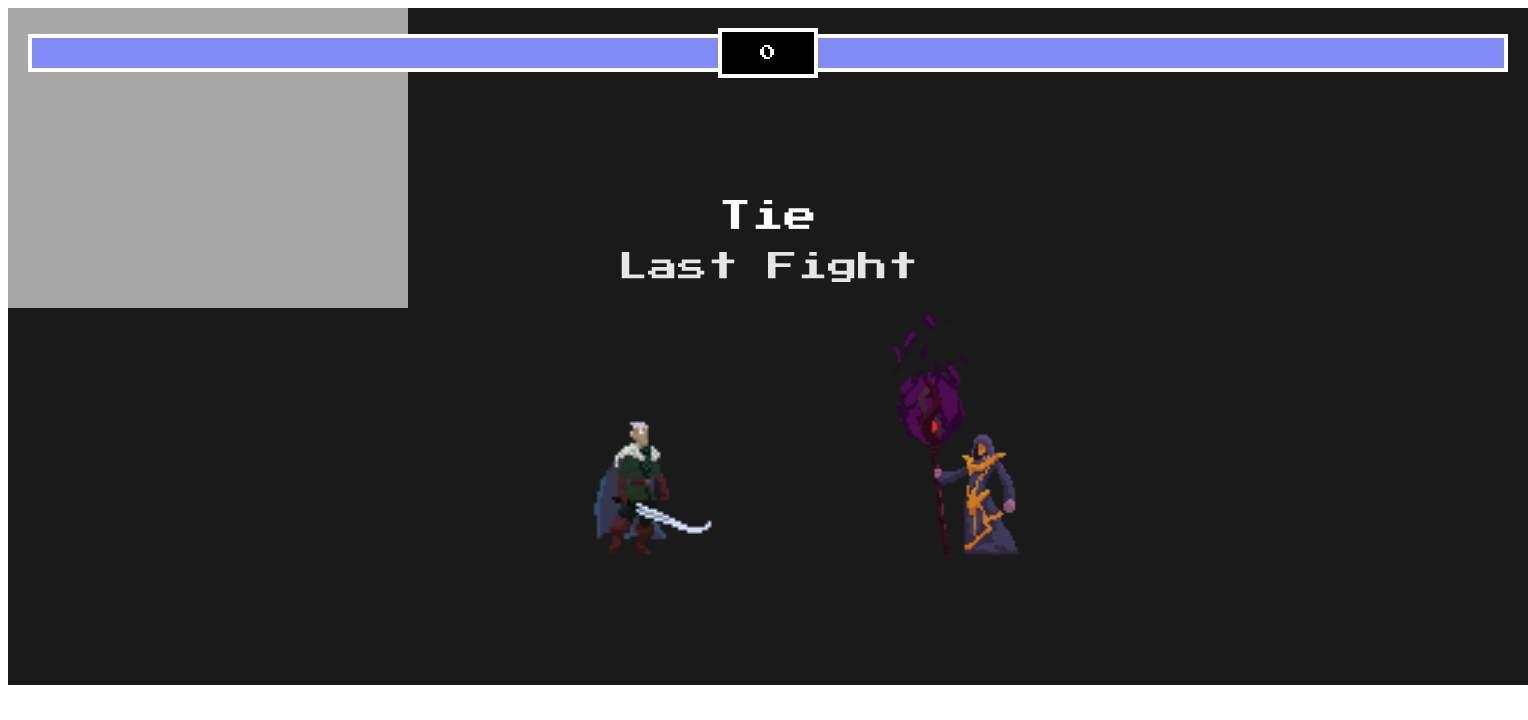
Repository: Gaurav31052/Fighting-game
Page: index.html
The author's editor kept a copy of each file at every save. The page is drawn from the files as they stood at one save, then again after the next save.
The browser window is 1280 px wide. The page is 1528 px wide, so the pictures cover 1528 px, including what lies to the right of the window. The pictures show the whole page.
Some web libraries are served in a nearby version.

Above is the page before, as saved 2024-05-30 22:07:34.

After the next save:
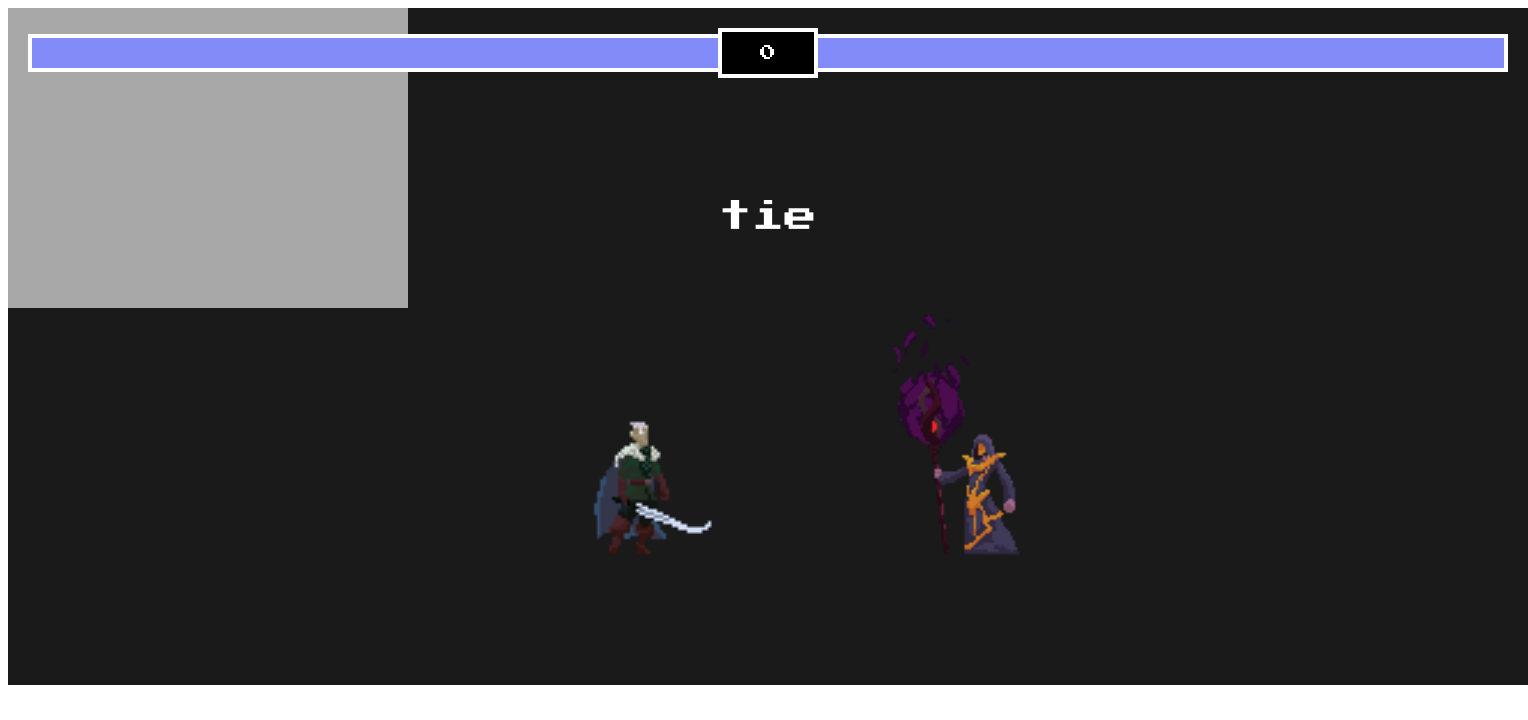
Console error: TypeError: Cannot read properties of null (reading 'style')
Saved 52 s later.
--- a/index.html
+++ b/index.html
@@ -52,7 +52,7 @@
         right: 0; left: 0; bottom: 160; font-size: 30px; display: none; opacity: 0; animation: fadeIn 5s forwards; "></div>
         <div style="position: absolute; color: white; display: flex; align-items: center; justify-content: center; top: 0;
         right: 0; left: 0; bottom: 160; font-size: 30px; display: none; opacity: 0;  ">
-        <div id="displayText3" style="position: absolute; color: white;  align-items: center; justify-content: center; top: 0;
+        <div id="displayText4" style="position: absolute; color: white;  align-items: center; justify-content: center; top: 0;
         right: 0; left: 0; bottom: 100; font-size: 30px; display: none; opacity: 0;  "><button><a href="./index.html"><img src="./img/replay.png" alt="reply"></a></button></div>
         </div>
         <canvas id="canvas"></canvas>

After the save that followed:
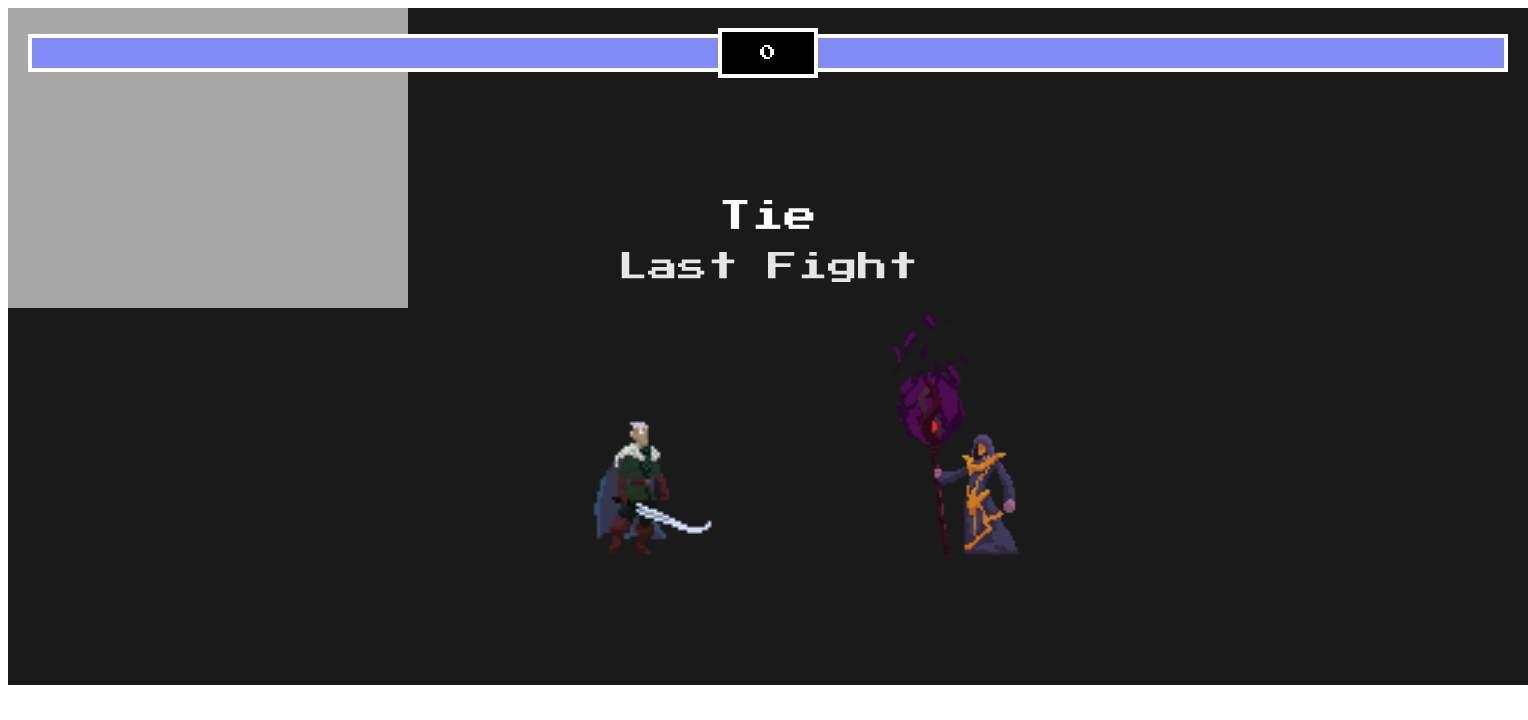
The error is gone.
Saved 6 s later.
--- a/index.html
+++ b/index.html
@@ -50,7 +50,7 @@
         right: 0; left: 0; bottom: 260; font-size: 33px; display: none;">tie</div>
         <div id="displayText2" style="position: absolute; color: white; display: flex; align-items: center; justify-content: center; top: 0;
         right: 0; left: 0; bottom: 160; font-size: 30px; display: none; opacity: 0; animation: fadeIn 5s forwards; "></div>
-        <div style="position: absolute; color: white; display: flex; align-items: center; justify-content: center; top: 0;
+        <div id="displayText3" style="position: absolute; color: white; display: flex; align-items: center; justify-content: center; top: 0;
         right: 0; left: 0; bottom: 160; font-size: 30px; display: none; opacity: 0;  ">
         <div id="displayText4" style="position: absolute; color: white;  align-items: center; justify-content: center; top: 0;
         right: 0; left: 0; bottom: 100; font-size: 30px; display: none; opacity: 0;  "><button><a href="./index.html"><img src="./img/replay.png" alt="reply"></a></button></div>
